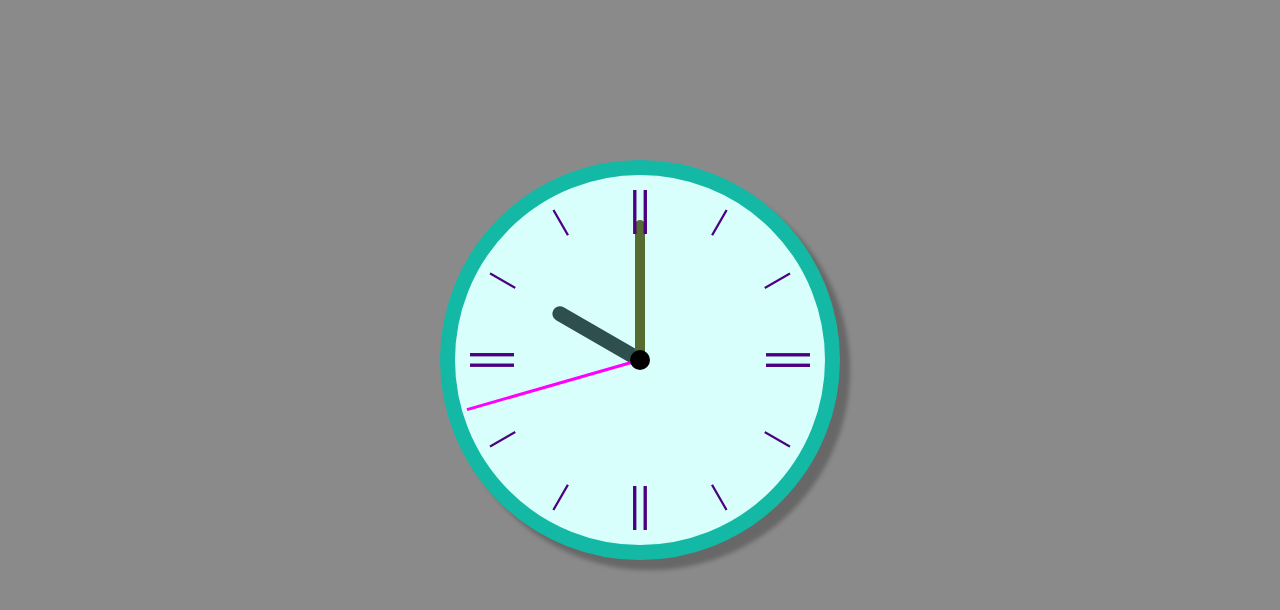
Repository: ChenWarren/web-clock
Page: index.html
An editor plug-in stored every save of this project. The page is shown before and after the next save, followed by the edit.
The browser window is 1280 px wide. The pictures show the whole page.

Above is the page before, as saved 2021-03-19 10:03:43.

After the next save:
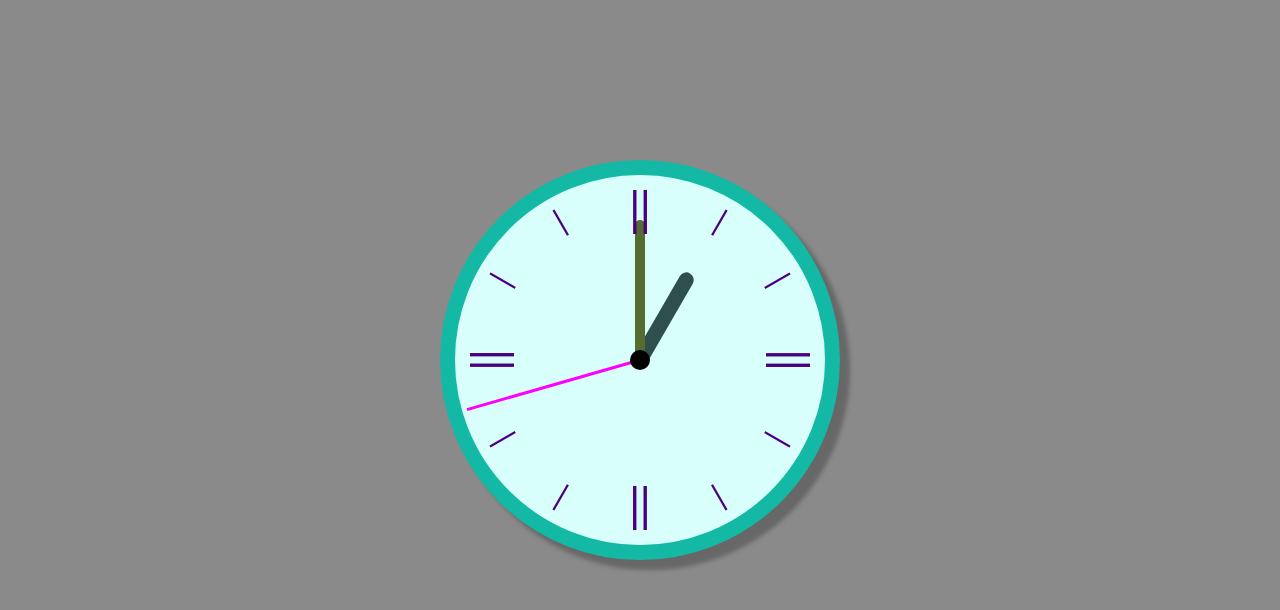
Console error: SyntaxError: Invalid or unexpected token
Saved 4 s later.
--- a/clock.js
+++ b/clock.js
@@ -15,7 +15,7 @@
     let minuteDeg = minuteRetio*360 + 'deg'
 
     hour.style.setProperty('--rotation', hourDeg)
-    minute.style.setProperty('--rotation', hourDeg)
+    minute.style.setProperty('--rotation', hour\Deg)
 
     console.log(hourDeg)
 }

After the save that followed:
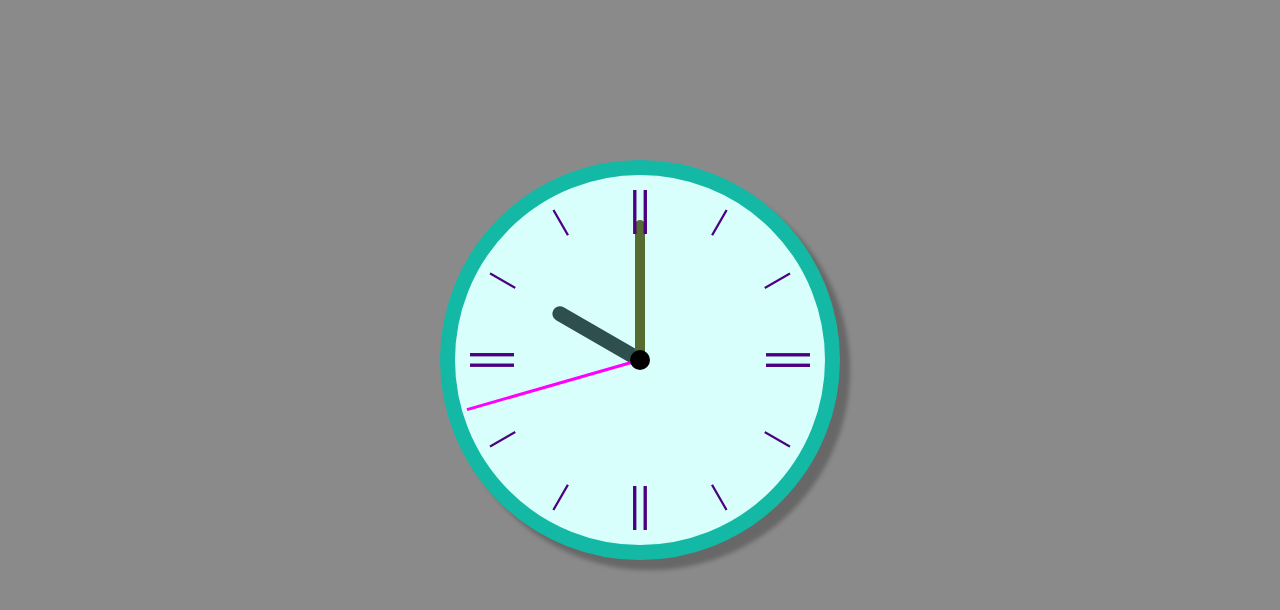
The error is gone.
Saved 4 s later.
--- a/clock.js
+++ b/clock.js
@@ -15,7 +15,7 @@
     let minuteDeg = minuteRetio*360 + 'deg'
 
     hour.style.setProperty('--rotation', hourDeg)
-    minute.style.setProperty('--rotation', hour\Deg)
+    minute.style.setProperty('--rotation', minuteDeg)
 
     console.log(hourDeg)
 }
